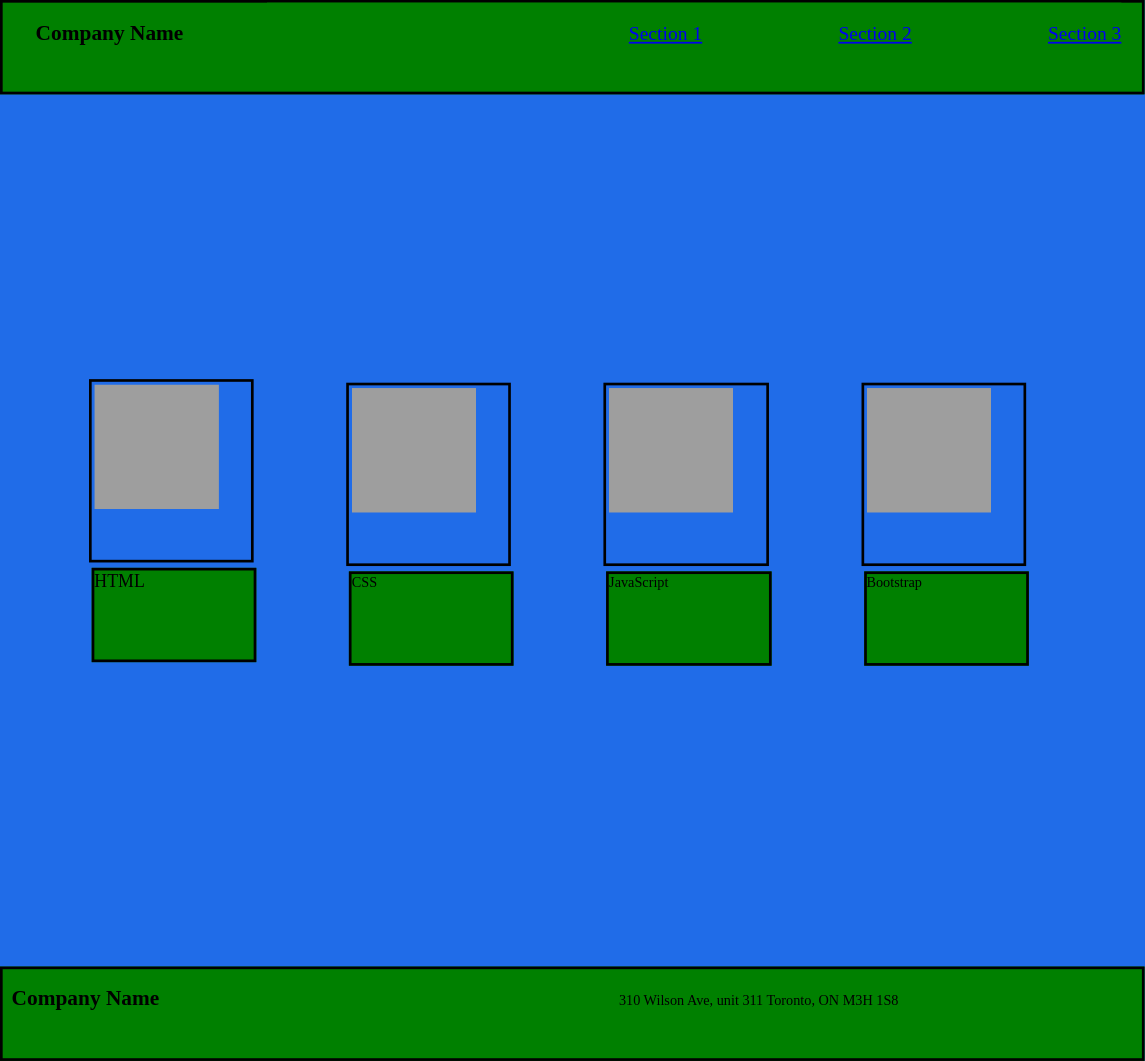
Repository: helloneibor/Project2
Page: section1.html
The author's editor kept a record of every edit. The page is drawn from the files as they stood at one moment, then again after the next edit.
The browser window is 1280 px wide. The page is 1286 px wide, so the pictures cover 1286 px, including what lies to the right of the window. The pictures show the whole page, at 89% of full size.
Pictures or frames that could not be fetched are drawn as grey boxes.

Above is the page before.

### section1.html
<!DOCTYPE html>
<html lang="en">
<head>
    <meta charset="UTF-8">
    <meta name="viewport" content="width=device-width, initial-scale=1.0">
    <meta http-equiv="X-UA-Compatible" content="ie=edge">
    <link rel="stylesheet"href="css/main.css"type="text/css" />
    <title> Project 2 </title>
</head>
<body>
        <header>
            <h2>Company Name</h2>
            <nav class="header_nav">
                <ul>
                    <li class="li1"><a href="section1.html">Section 1</a></li>
                    <li class="li1"><a href="section2.html">Section 2</a></li>
                    <li class="li1"><a href="section3.html">Section 3</a></li>
                </ul>
            </nav>
        </header>
                <section class="countainer">
                    <div>
                        <a href="https://en.wikipedia.org/wiki/HTML" target=_blank>
                        <img class="img_one" src="https://upload.wikimedia.org/wikipedia/commons/thumb/6/61/HTML5_logo_and_wordmark.svg/1200px-HTML5_logo_and_wordmark.svg.png" alt="https://en.wikipedia.org/wiki/HTML"></img>
                        </a>
                        <footer class="div_foot"> HTML </footer>
                    </div>
                        <div>
                        <a href="https://en.wikipedia.org/wiki/Cascading_Style_Sheets" target=_blank>
                        <img class="img_one" src="https://www.mishelshaji.com/wp-content/uploads/2018/10/css3_logo.png" alt="https://en.wikipedia.org/wiki/Cascading_Style_Sheets"></img>
                        </a>
                            <footer> CSS </footer>
                    </div>
                        <div>
                        <a href="https://www.javascript.com/" target=_blank>
                        <img class="img_one" src="https://searchlite.nl/wp-content/uploads/2016/08/JavaScript.png" alt="https://www.javascript.com/"></img>
                        </a>
                            <footer> JavaScript </footer>
                    </div>
                        <div>
                        <a href="https://getbootstrap.com/" target=_blank>
                        <img class="img_one" src="https://upload.wikimedia.org/wikipedia/commons/e/ea/Boostrap_logo.svg" alt="https://getbootstrap.com/L"></img>
                        </a>
                            <footer> Bootstrap </footer>
                    </div>
                </section>
                        <footer>
            <nav class="footer_nav">
                <h2 id="footer_head"> Company Name </h2>
                <p class="para_footer"> 310 Wilson Ave,
                unit 311
                Toronto, ON M3H 1S8 </p>
            </nav>
        </footer>
    </body>
        </html>

### css/main.css
body {
    background-color: #206ce8;
/*    border-style: solid;
    border-color: black;
    border-width: 5px;*/
    margin: 0px;
    padding: 0px;
}

header {
    height: 100px;
    background-color: green;
    border-bottom-color: black;
    border-style: solid;
    border-color: black;
    width: 100%;
    display: inline-block;
}

.header_nav {
    background-color: green;
    display:inline-block;
    width: 75%;
    text-align: right;
    font-size: 22px;
}

.header_nav .li1 {
    display: inline-block;
    width: 15%;
    text-align: right;
    margin-left: 10%;
}

h2 {
    width:20%;
    display: inline-block;
    margin-left: 37px;
}

#footer_head {
    width:20%;
    display: inline-block;
    margin-left: 10px;
}

footer {
    height: 100px;
    background-color: green;
    border-bottom-color: black;
    border-style: solid;
    border-color: black;
    width: 100%;
    display: inline-block;
    margin-top: 33%;
}

.para_footer {
    display:inline-block;
    text-align: right;
    margin-left: 33%;
    margin-right: 0px;
}

.countainer {
    width: 100%;
    height: 100%;
    margin-top: 25%;
}

.col3 {
    width: 20%;
    height: 20%;
    display: inline-block;
}

div {
    display: inline-block;
    width: 14%;
    height: 200px;
    margin-left: 100px;
    border-color: black;
    border-width: 3px;
    border-style: solid;
}

.img_one {
    height: 140px;
    width: 140px;
    margin:3px;
}

.div_foot {
    color: black;
    font-size: 20px;
}

form {
    height: 320px;
    width: 700px;
    border-color: black;
    border-width: 3px;
    border-style: solid;
    margin-left: 25%;
    margin-top: 15%;
}

.form_one {
    display: block;
}

form h1 {
    text-align: center;
    text-decoration: bold;
}

#submit_one {
    margin: 20%;
}

After the next edit:
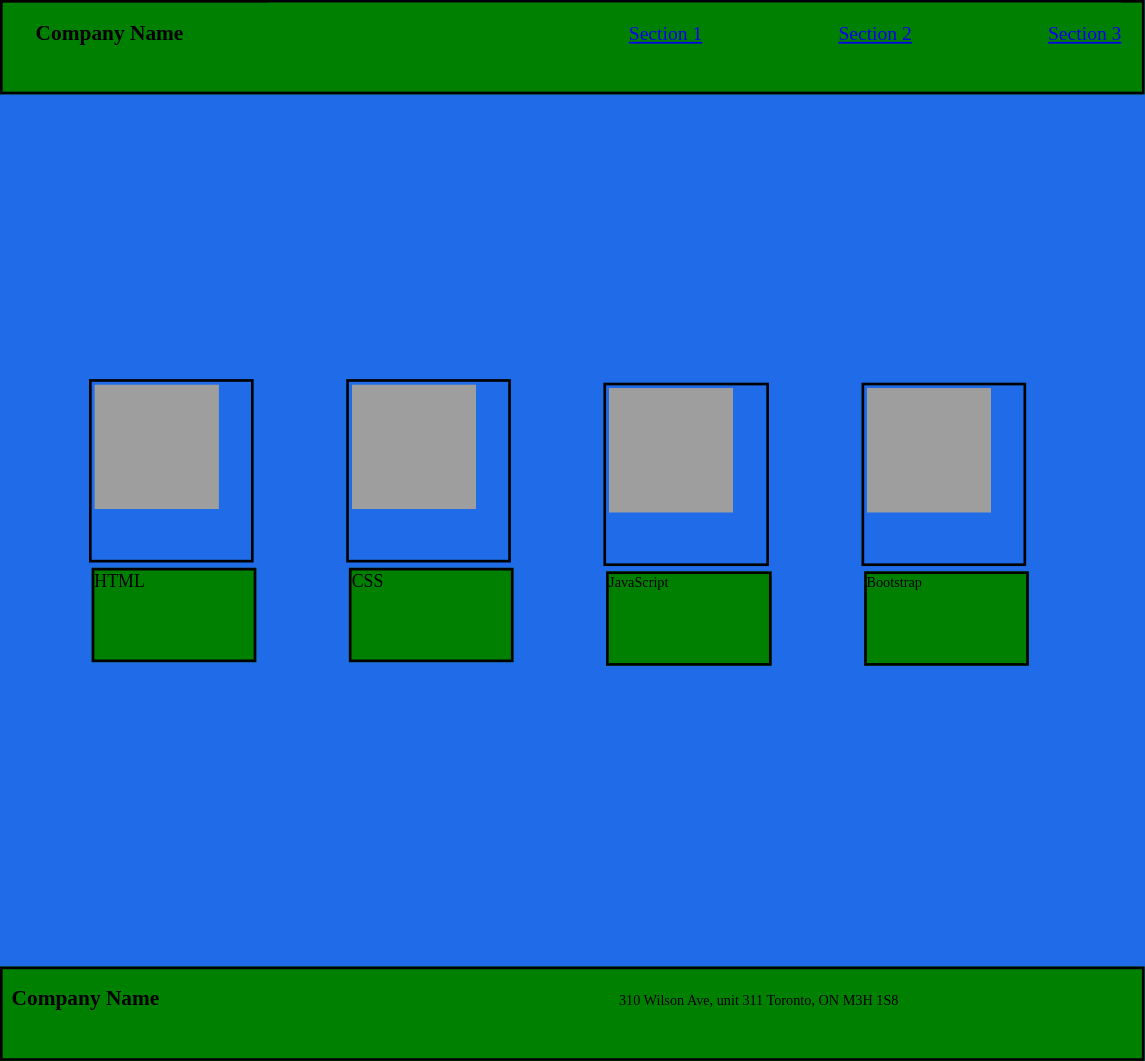
The edit:
--- a/section1.html
+++ b/section1.html
@@ -29,7 +29,7 @@
                         <a href="https://en.wikipedia.org/wiki/Cascading_Style_Sheets" target=_blank>
                         <img class="img_one" src="https://www.mishelshaji.com/wp-content/uploads/2018/10/css3_logo.png" alt="https://en.wikipedia.org/wiki/Cascading_Style_Sheets"></img>
                         </a>
-                            <footer> CSS </footer>
+                            <footer class="div_foot"> CSS </footer>
                     </div>
                         <div>
                         <a href="https://www.javascript.com/" target=_blank>
